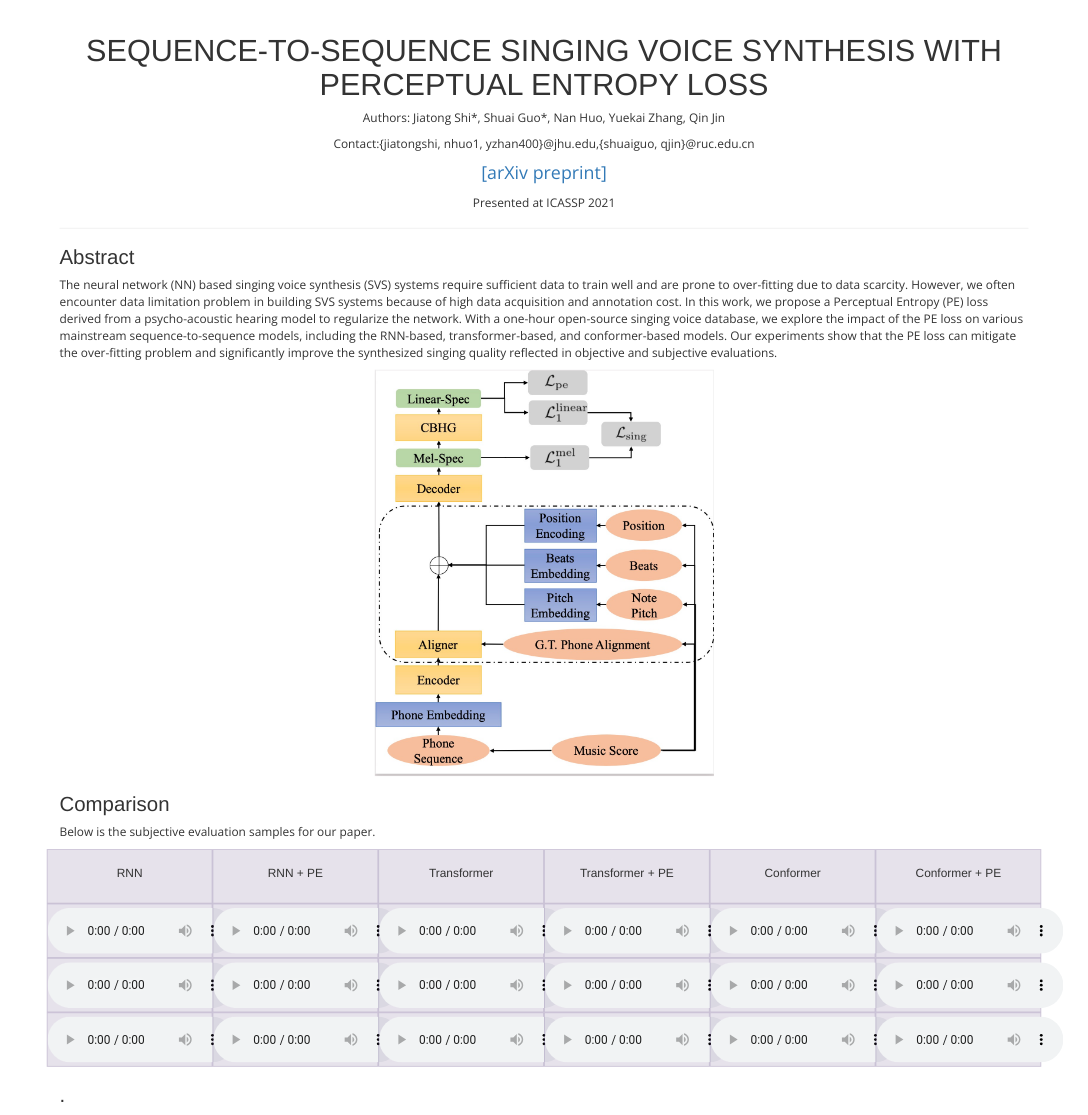
Repository: PeterGuoRuc/SVS_pe.github.io
Page: index.html
These files come from the project's save history. The page is drawn as it stood at one moment and after the next save; the edit follows.
The browser window is 1280 px wide. The pictures show the whole page, at 85% of full size.

Above is the page before, as saved 2021-06-06 17:09:03.

After the next save:
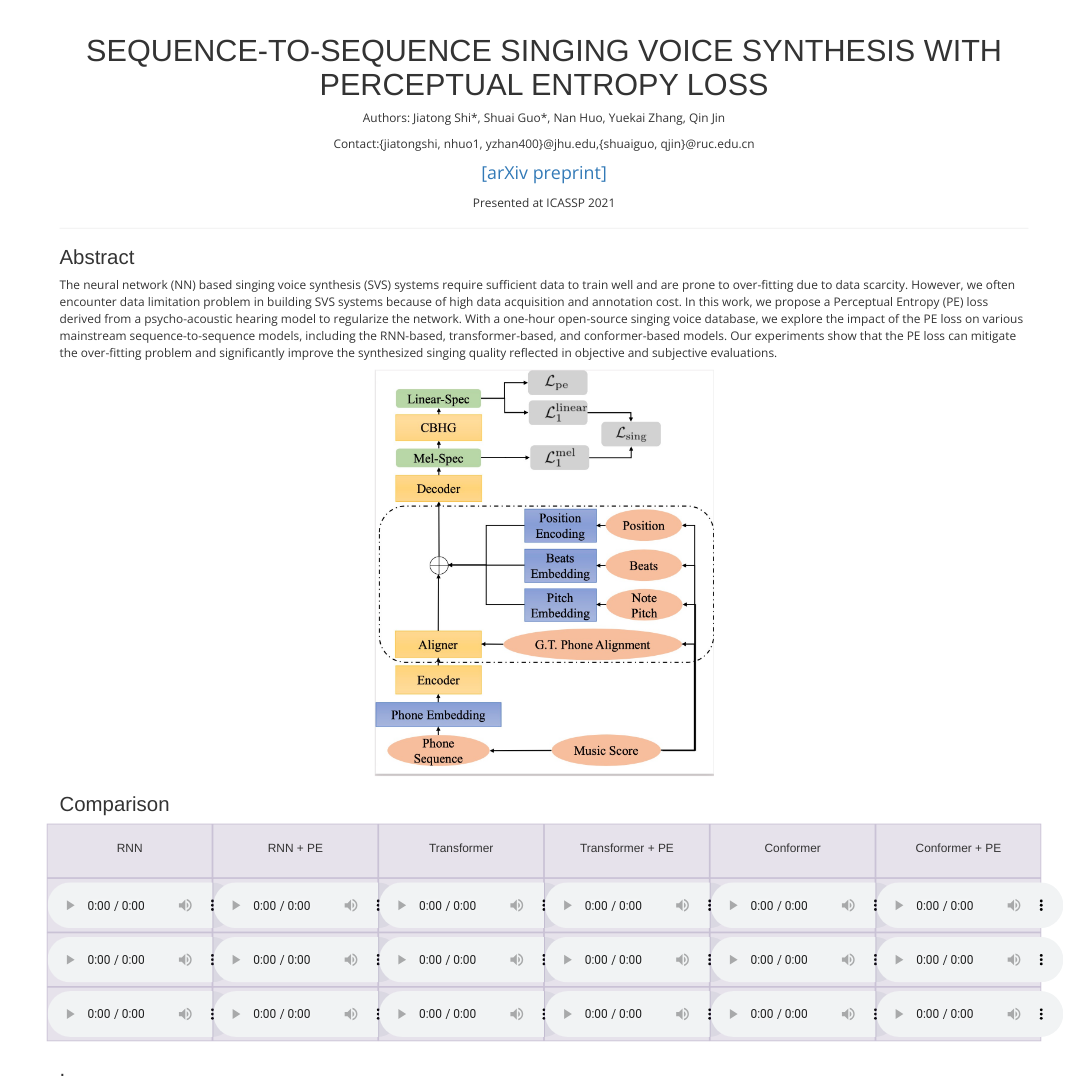
Saved 16 s later.
--- a/index.html
+++ b/index.html
@@ -65,7 +65,6 @@
       <center><img src="images/svs_model.jpg" height="35%" width="35%"></center>
 
       <h3>Comparison</h3>
-      <p>Below is the subjective evaluation samples for our paper.</p>
       <div class="row">
         <div class="col-md-2">RNN</div>
         <div class="col-md-2">RNN + PE</div>
